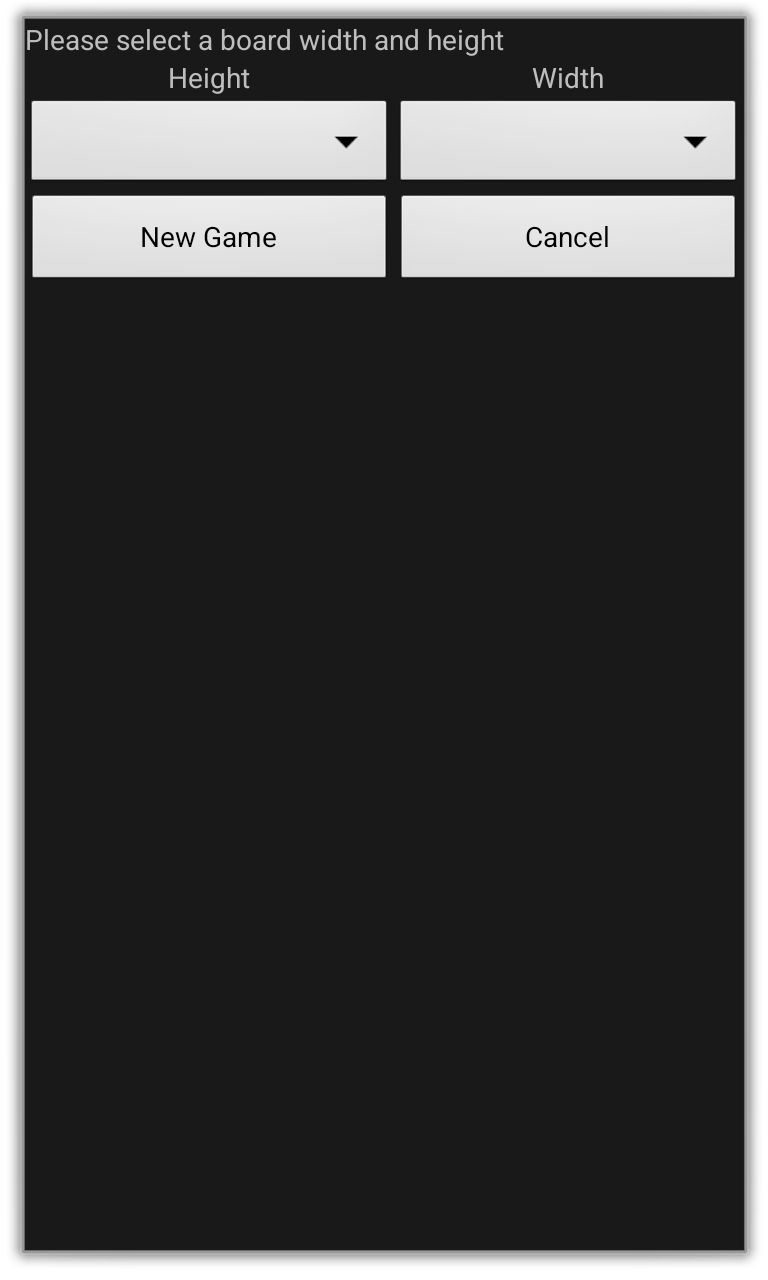
Repository: rickydalziel/project
Layout: Numbersorter/res/layout/new_game_dialog.xml
These files come from the project's save history. The layout is drawn as it stood at one moment and after the next save; the edit follows.
It is drawn on a 768 x 1280 px phone screen (xhdpi) without system bars, with theme android:Theme.Dialog; the app's code is not run.

Above is the layout before, as saved 2013-02-14 11:37:47.

After the next save:
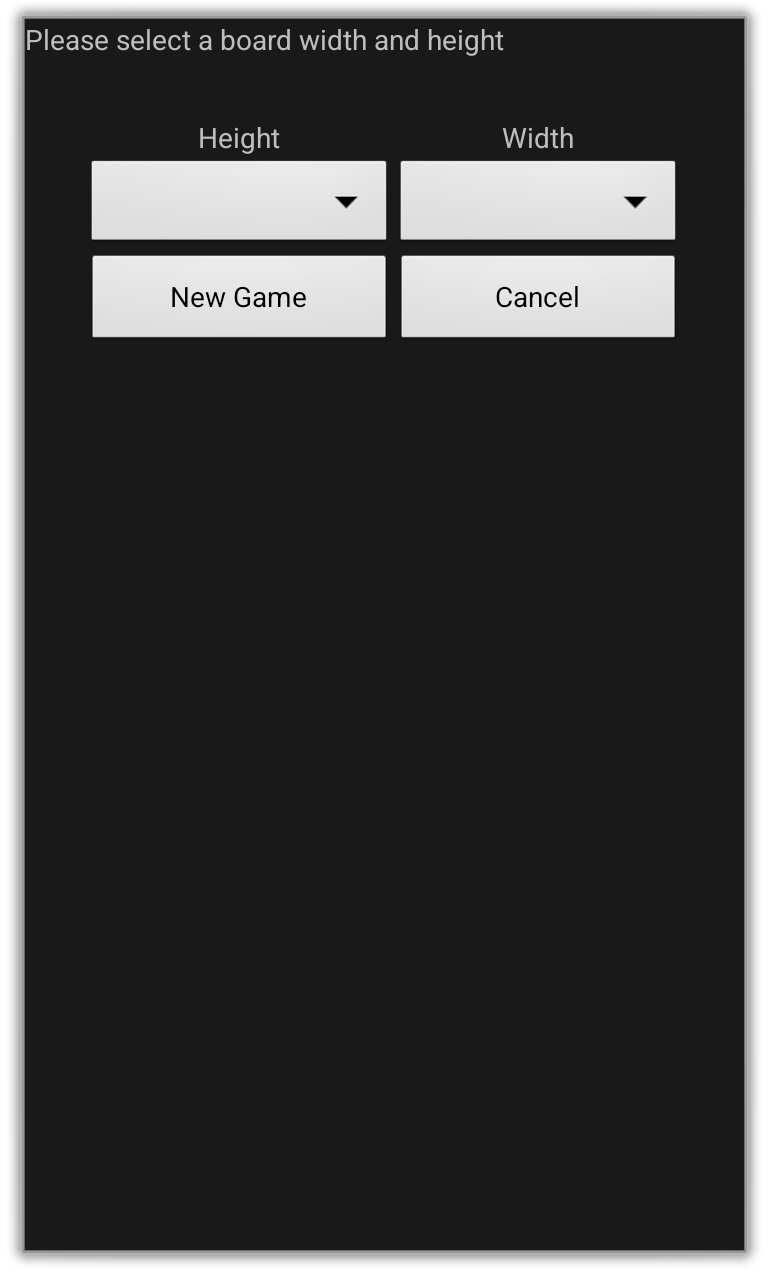
Saved 110 s later.
--- a/Numbersorter/res/layout/new_game_dialog.xml
+++ b/Numbersorter/res/layout/new_game_dialog.xml
@@ -17,7 +17,8 @@
 	        android:layout_height="wrap_content"
 	        android:layout_width="wrap_content"
 	        android:layout_gravity="center"
-	        android:stretchColumns="*">
+	        android:stretchColumns="*"
+	        android:padding="30dip">>
 
 
 
